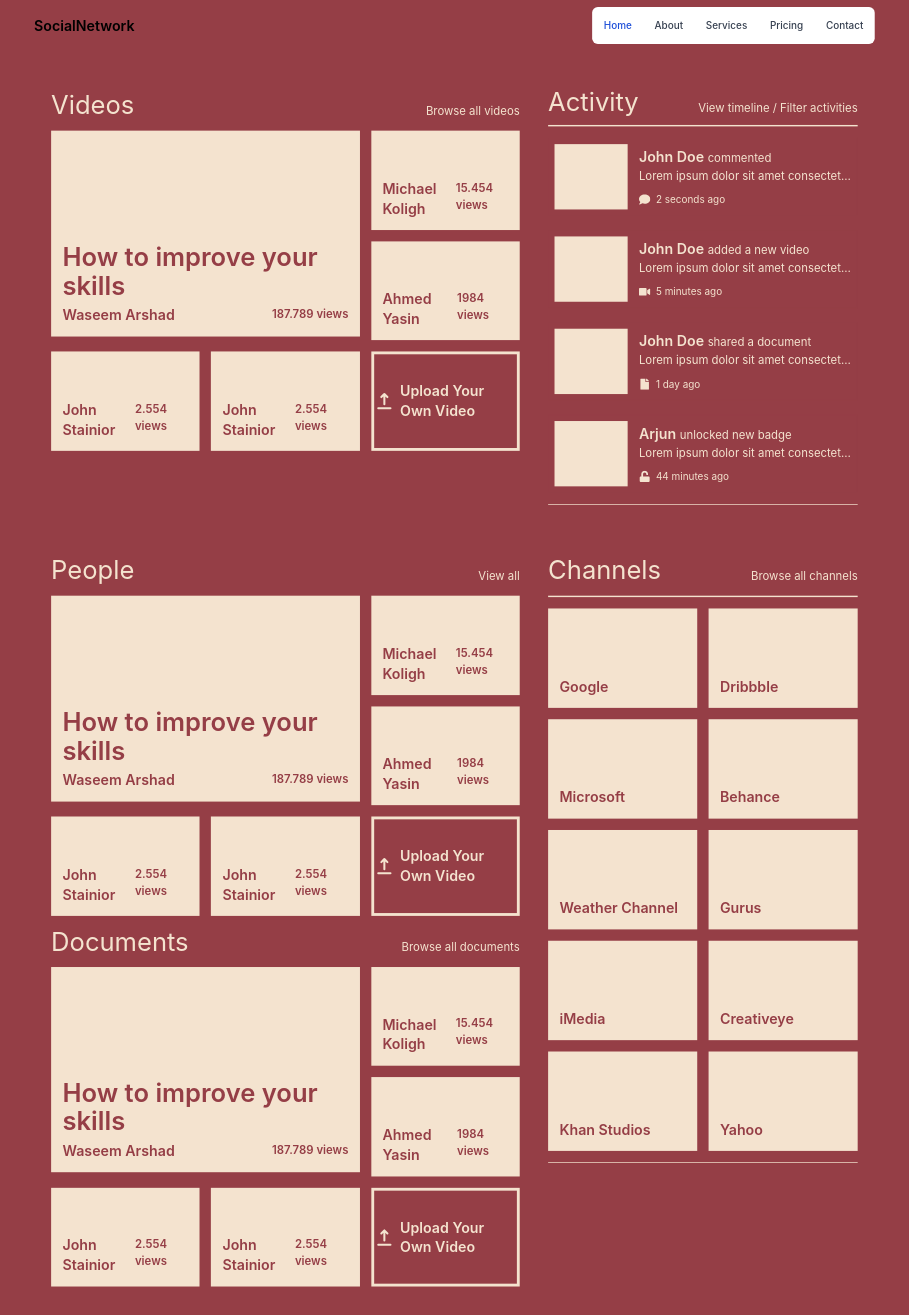
Repository: farrelmuhammad/test-salt
Page: /
An editor plug-in stored every save of this project. The page is shown before and after the next save, followed by the edit.
The browser window is 1280 px wide. The pictures show the whole page, at 71% of full size.
The project was rebuilt for these pictures with package versions that can differ from the ones it lists, and the page was loaded fresh each time. Also part of the build but not shown: src/App.css.

Above is the page before, as saved 2022-11-21 17:11:18.

After the next save:
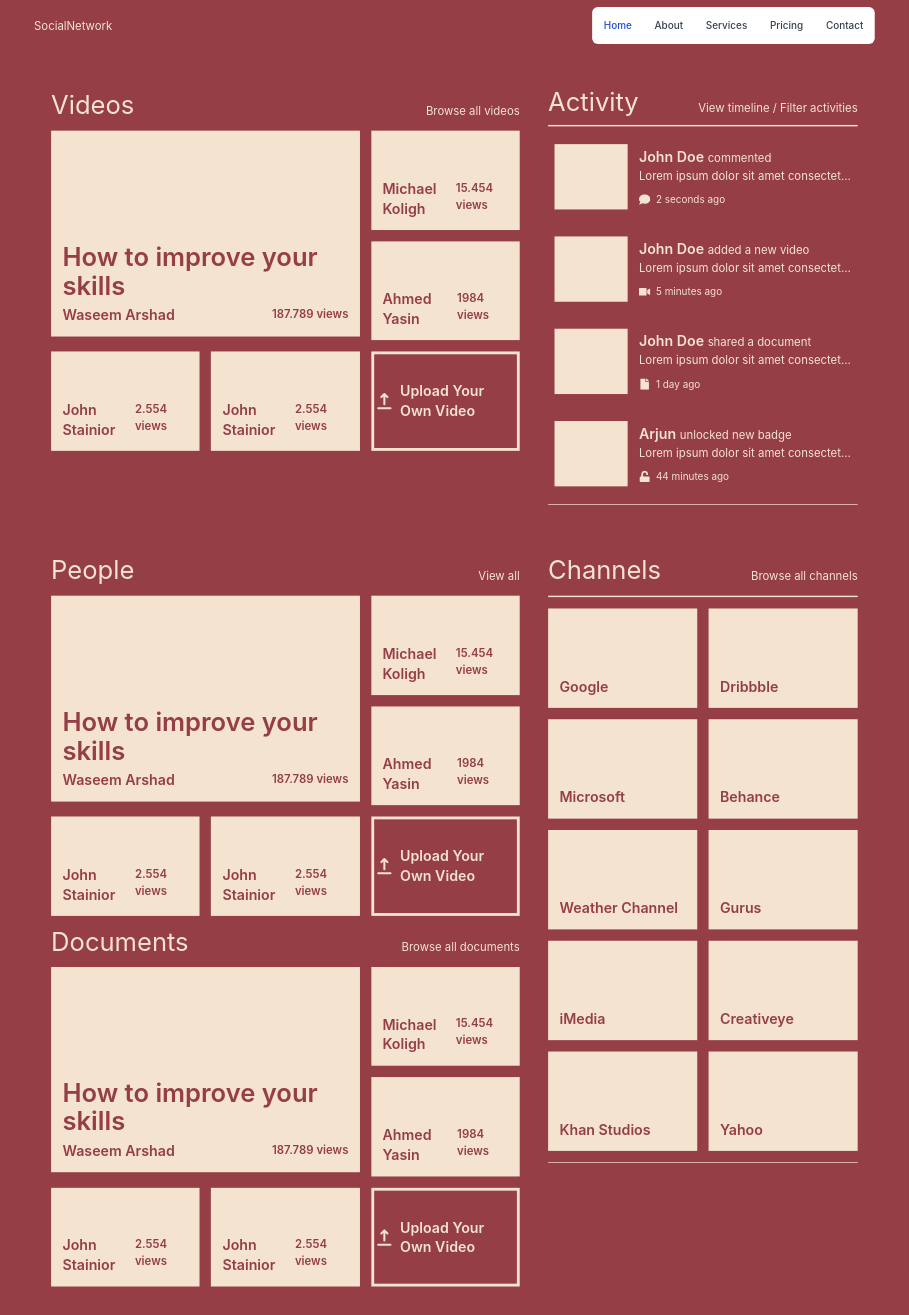
Saved 2 min 14 s later.
--- a/src/components/Navbar.jsx
+++ b/src/components/Navbar.jsx
@@ -6,7 +6,7 @@ const Navbar = () => {
       <nav class="px-2 sm:px-4 py-2.5 rounded">
         <div class="container flex flex-wrap items-center justify-between mx-auto">
           <a  class="flex items-center">
-            <span class="self-center text-xl font-semibold whitespace-nowrap dark:text-white">
+            <span class="text-base text-[#F4E3CF]">
               SocialNetwork
             </span>
           </a>
